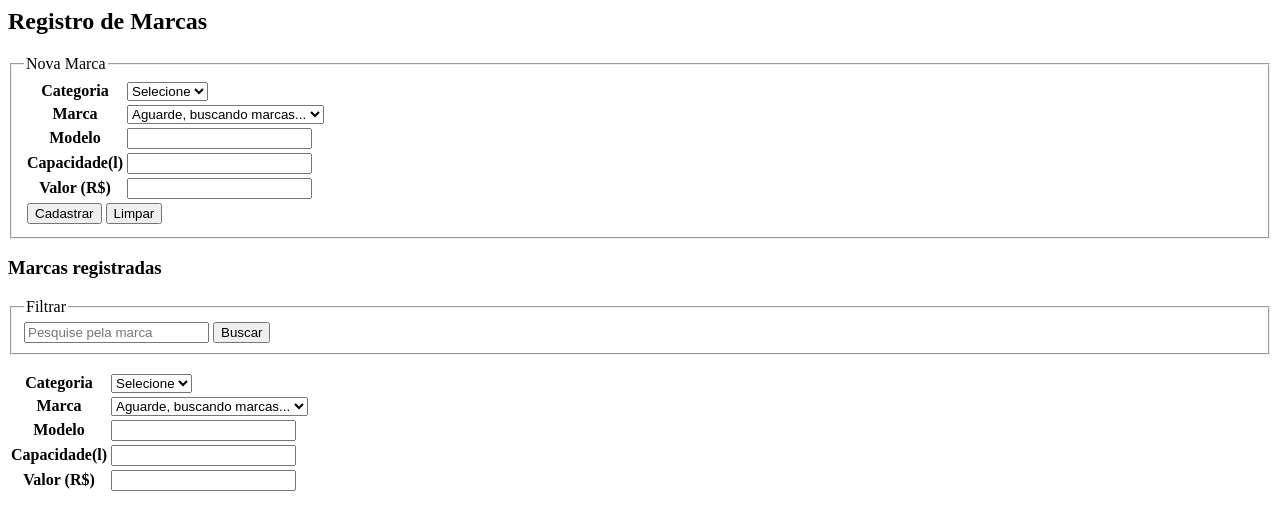
Repository: PedroViniciusVeiga/ProjetoColdigo
Page: ProjetoTrilhaWeb/WebContent/pages/admin/marcas/index.html
These files come from the project's save history. The page is drawn as it stood at one moment and after the next save; the edit follows.
The browser window is 1280 px wide. The pictures show the whole page.

Above is the page before, as saved 2021-07-01 00:56:08.
Console error: ReferenceError: COLDIGO is not defined

### ProjetoTrilhaWeb/WebContent/pages/admin/marcas/index.html
<script src="../../js/product.js"></script>

<h2>Registro de Marcas</h2>
<form name="frmAddProduto" id="addProduto" class="frmInserir">
	<fieldset>
		<legend>Nova Marca</legend>
		<table>
			<tr>
				<th>Categoria</th>
				<td><select name="categoria">
						<option value="">Selecione</option>
						<option value="1">Geladeira</option>
						<option value="2">Freezer</option>
				</select></td>
			</tr>
			<tr>
				<th>Marca</th>
				<td><select name="marcaId" id="selMarca">
						<option value="" class="buscando">Aguarde, buscando
							marcas...</option>
				</select></td>
			</tr>
			<tr>
				<th>Modelo</th>
				<td><input type="text" name="modelo"></td>
			</tr>
			<tr>
				<th>Capacidade(l)</th>
				<td><input type="text" name="capacidade"></td>
			</tr>
			<tr>
				<th>Valor (R$)</th>
				<td><input type="text" name="valor"></td>
			</tr>
			<tr>
				<td colspan="2">
					<button type="button" onclick="COLDIGO.produto.cadastrar()">Cadastrar</button>
					<button type="reset">Limpar</button>
				</td>
			</tr>
		</table>
	</fieldset>
</form>
<h3>Marcas registradas</h3>
<form id="filtraProduto" class="frmFiltrar">
	<fieldset>
		<legend>Filtrar</legend>
		<input type="text" name="txtbusca" id="campoBuscaProduto"
			placeholder="Pesquise pela marca">
		<button type="button" onclick="COLDIGO.produto.buscar()">Buscar</button>
	</fieldset>
</form>
<div id="listaProdutos" class="listaRegistros"></div>


<div id="modalEditaProduto" class="modalEditar">
	<form name="frmEditaProduto" id="editaProduto" class="frmEditar">
		<table>
			<tr>
				<th>Categoria</th>
				<td><select name="categoria" id="selCategoriaEdicao">
						<option value="">Selecione</option>
						<option value="1">Geladeira</option>
						<option value="2">Freezer</option>
				</select></td>
			</tr>
			<tr>
				<th>Marca</th>
				<td><select name="marcaId" id="selMarcaEdicao">
						<option value="" class="buscando">Aguarde, buscando
							marcas...</option>
				</select></td>
			</tr>
			<tr>
				<th>Modelo</th>
				<td><input type="text" name="modelo"></td>
			</tr>
			<tr>
				<th>Capacidade(l)</th>
				<td><input type="text" name="capacidade"></td>
			</tr>
			<tr>
				<th>Valor (R$)</th>
				<td><input type="text" name="valor"></td>
			</tr>
		</table>
		<input type="hidden" name="idProduto">
	</form>
</div>

### ProjetoTrilhaWeb/WebContent/js/product.js
COLDIGO.produto = new Object();

$(document).ready(function() {

	//Carrega as marcas registradas no BD no select do formulário de inserir ou editar
	COLDIGO.produto.carregarMarcas = function(id){
		if(id!=undefined){
			select = "#selMarcaEdicao";
		}else{
			select = "#selMarca";
		}

		$.ajax({
			type: "GET",
			url: COLDIGO.PATH + "marca/buscar",
			success: function(marcas){


				if (marcas!="") {

					$(select).html("");
					var option = document.createElement("option");
					option.setAttribute ("value", "");
					option.innerHTML = ("Escolha");
					$(select).append(option);

					for (var i = 0; i < marcas.length; i++) {

						var option = document.createElement("option");
						option.setAttribute ("value", marcas[i].id);

						if ((id!=undefined)&&(id==marcas[i].id))
							option.setAttribute ("selected", "selected");

						option.innerHTML = (marcas[i].nome);
						$(select).append(option);
					}

				}else{

					$(select).html("");

					var option = document.createElement("option");
					option.setAttribute ("value", "");
					option.innerHTML = ("Cadastre uma marca primeiro!");
					$(select).append(option);
					$(select).addClass("aviso");

				}
			},
			error: function(info) {

				COLDIGO.exibirAviso("Erro ao buscar as marcas: "+ info.status + " - " + info.statusText);

				$(select).html("");
				var option = document.createElement("option");
				option.setAttribute("value", "");
				option.innerHTML = ("Erro ao carregar marcas!");
				$(select).append(option);
				$(select).addClass("aviso");

			}

		});

	}

	COLDIGO.produto.carregarMarcas();

	//Cadastra no BD o produto informado
	COLDIGO.produto.cadastrar = function(){

		var produto = new Object();
		produto.categoria = document.frmAddProduto.categoria.value;
		produto.marcaId = document.frmAddProduto.marcaId.value;
		produto.modelo = document.frmAddProduto.modelo.value;
		var expRegModelo = new RegExp("^[A-zÀ-ü]{3,}$");
		produto.capacidade = document.frmAddProduto.capacidade.value;
		var expRegCapacidade = new RegExp("^[0-9]{1,}$");
		produto.valor = document.frmAddProduto.valor.value;
		var expRegValor = new RegExp("^[0-9]{1,}[,]{1}[0-9]{2}$");


		if ((produto.categoria=="")||(produto.marcaId=="")||(!expRegModelo.test(produto.modelo))||(!expRegCapacidade.test(produto.capacidade))||(!expRegValor.test(produto.valor))){
		COLDIGO.exibirAviso("Preencha todos os campos!");

		} else {
			var valorCorreto = produto.valor.replace(",", ".");
			produto.valor = valorCorreto;
			$.ajax({
				type: "POST", //requisição, utilizado desta forma por se tratar de um formulário, e as informações não poderem ser visiveis
				url: COLDIGO.PATH + "produto/inserir",
				data:JSON.stringify(produto), //transformar o objeto produto em String, transoformado em texto para ser enviado formatado
				success: function (msg) {
			COLDIGO.exibirAviso(msg);
			$("#addProduto").trigger("reset"); //para limpar o form após aceitar o cadastro
			COLDIGO.produto.buscar();
				},
				error: function(info) {
					COLDIGO.exibirAviso("Erro ao cadastrar um novo produto: "+ info.status + " - " + info.statusText);

				}
			});
		}
	}

	//Busca no BD e exibe na página os produtos que atendam à solicitação do usuário
	COLDIGO.produto.buscar = function(){

		var valorBusca = $("#campoBuscaProduto").val();//valor digitado no filtro

		$.ajax({
			type: "GET",//usado o GET por ser uma busca de informações
			url: COLDIGO.PATH + "produto/buscar",
			data: "valorBusca="+valorBusca,
			success: function(dados){

				dados = JSON.parse(dados);
				$("#listaProdutos").html(COLDIGO.produto.exibir(dados));


			},
			error: function(info){
				COLDIGO.exibirAviso("Erro ao consultar os contatos: "+ info.status + " - " + info.statusText);
			}
		});

	};

	//Transforma os dados dos produtos recebidos do servidor em uma tabela HTML
	COLDIGO.produto.exibir = function(listaDeProdutos) {

		var tabela = "<table>" +
				"<tr>" +
				"<th>Categoria</th>" +
				"<th>Marca</th>" +
				"<th>Modelo</th>" +
				"<th>Cap.(l)</th>" +
				"<th>Valor</th>" +
				"<th class='acoes'>Ações</th>" +
				"</tr>";

		if (listaDeProdutos != undefined && listaDeProdutos.length > 0){

			for (var i=0; i<listaDeProdutos.length; i++){
				tabela += "<tr>" +
				"<td>"+listaDeProdutos[i].categoria+"</td>" +
				"<td>"+listaDeProdutos[i].marcaNome+"</td>" +
				"<td>"+listaDeProdutos[i].modelo+"</td>" +
				"<td>"+listaDeProdutos[i].capacidade+"</td>" +
				"<td>R$	"+COLDIGO.formatarDinheiro(listaDeProdutos[i].valor)+"</td>" +
				"<td>" +
				"<a  onclick=\"COLDIGO.produto.exibirEdicao('"+listaDeProdutos[i].id+"')\"><img src='../../imgs/edit.png' alt='Editar Registro'></a> " +
				"<a onclick=\"COLDIGO.produto.excluir('"+listaDeProdutos[i].id+"')\"><img src='../../imgs/delete.png' alt='Excluir Registro'></a> " +
				"</td>" +
				"</tr>"

			}




		} else if (listaDeProdutos == ""){
			tabela += "<tr><td colspan='6'>Nenhum registro encontrado</td></tr>";
		}
		tabela += "</table>";

		return tabela;

	};

	//Executa a função de busca ao carregar a página
	COLDIGO.produto.buscar();


	//Exclui o produto selecionado
	COLDIGO.produto.excluir = function(id){
		$.ajax({
			type:"DELETE",
			url: COLDIGO.PATH + "produto/excluir/"+id,
			success: function(msg){
				COLDIGO.exibirAviso(msg);
				COLDIGO.produto.buscar();
			},
			error: function(info){
				COLDIGO.exibirAviso("Erro ao excluir produto: "+ info.status + " - " + info.statusText);
			}
		});
	};

	//Carrega no BD os dados do produto selecionado para alteração e coloca-os no formulário de alteração
	COLDIGO.produto.exibirEdicao = function(id){
		$.ajax({
			type:"GET",
			url: COLDIGO.PATH + "produto/buscarPorId",
			data: "id="+id,
			success: function(produto){


				document.frmEditaProduto.idProduto.value = produto.id;
				document.frmEditaProduto.modelo.value = produto.modelo;
				document.frmEditaProduto.capacidade.value = produto.capacidade;
				document.frmEditaProduto.valor.value = produto.valor;


				var selCategoria = document.getElementById('selCategoriaEdicao');

				for(var i=0; i < selCategoria.length; i++){

					if (selCategoria.options[i].value == produto.categoria){

						selCategoria.options[i].setAttribute("selected", "selected");
					}else{

						selCategoria.options[i].removeAttribute("selected");
					}
				}

				COLDIGO.produto.carregarMarcas(produto.marcaId);

				var modalEditaProduto = {
						title: "Editar Produto",
						height: 400,
						width: 550,
						modal: true,
						buttons:{
							"Salvar": function(){
								COLDIGO.produto.editar();

							},
							"Cancelar": function(){
								$(this).dialog("close");
							}
						},
						close: function(){
							//caso o usuário simplismente feche a caixa de edição
							//não deve acontecer nada
						}
				};

				$("#modalEditaProduto").dialog(modalEditaProduto);

			},
			error: function(info){
				COLDIGO.exibirAviso("Erro ao buscar produtos para edição: "+ info.status + " - " + info.statusText);
			}
	});
	};

	//Realiza a edição dos dados no BD
	COLDIGO.produto.editar = function(){

		var produto = new Object();

		produto.id = document.frmEditaProduto.idProduto.value;
		console.log(produto.id);
		produto.categoria = document.frmEditaProduto.categoria.value;
		produto.marcaId = document.frmEditaProduto.marcaId.value;
		produto.modelo = document.frmEditaProduto.modelo.value;
		produto.capacidade = document.frmEditaProduto.capacidade.value;
		produto.valor = document.frmEditaProduto.valor.value;
		//adicionado o produto já salvo e adicionando os dados

		$.ajax({
			type: "PUT",
			url: COLDIGO.PATH + "produto/alterar",
			data: JSON.stringify(produto),
			success: function(msg){
				COLDIGO.exibirAviso(msg);
				COLDIGO.produto.buscar();
				$("#modalEditaProduto").dialog("close");
				//mensagem de aviso do sucesso atraves da modal
			},
			error: function(info){
				COLDIGO.exibirAviso("Erro ao editar produto: "+ info.status + " - "+ info.statusText);

			}
			});
	};

});

After the next save:
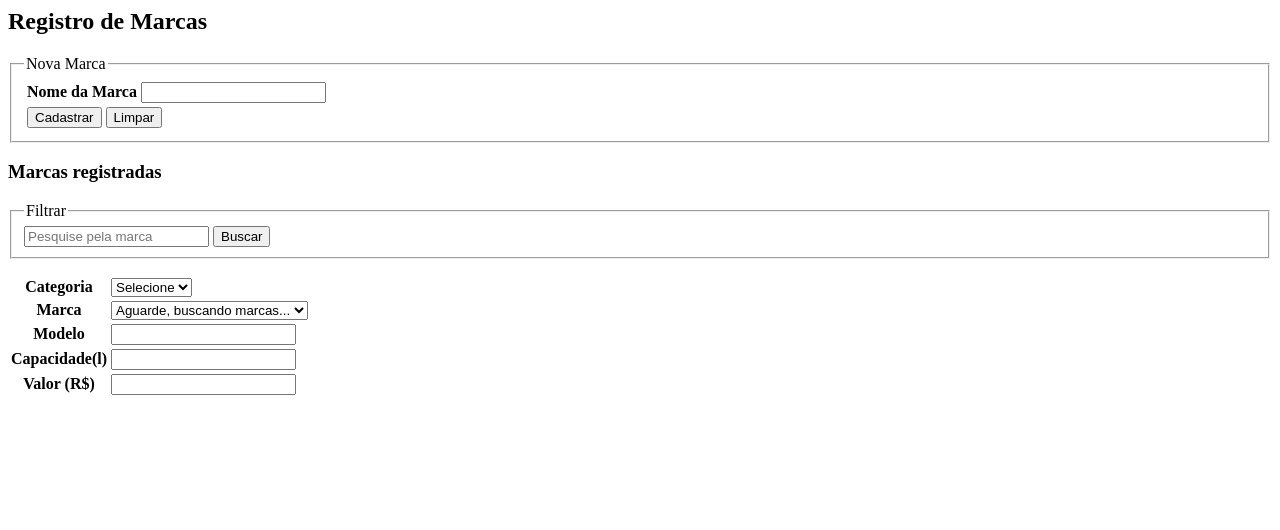
Saved 5 min 57 s later.
--- a/ProjetoTrilhaWeb/WebContent/pages/admin/marcas/index.html
+++ b/ProjetoTrilhaWeb/WebContent/pages/admin/marcas/index.html
@@ -6,31 +6,8 @@
 		<legend>Nova Marca</legend>
 		<table>
 			<tr>
-				<th>Categoria</th>
-				<td><select name="categoria">
-						<option value="">Selecione</option>
-						<option value="1">Geladeira</option>
-						<option value="2">Freezer</option>
-				</select></td>
-			</tr>
-			<tr>
-				<th>Marca</th>
-				<td><select name="marcaId" id="selMarca">
-						<option value="" class="buscando">Aguarde, buscando
-							marcas...</option>
-				</select></td>
-			</tr>
-			<tr>
-				<th>Modelo</th>
-				<td><input type="text" name="modelo"></td>
-			</tr>
-			<tr>
-				<th>Capacidade(l)</th>
-				<td><input type="text" name="capacidade"></td>
-			</tr>
-			<tr>
-				<th>Valor (R$)</th>
-				<td><input type="text" name="valor"></td>
+				<th>Nome da Marca</th>
+				<td><input type="text" name="marca"></td>
 			</tr>
 			<tr>
 				<td colspan="2">
